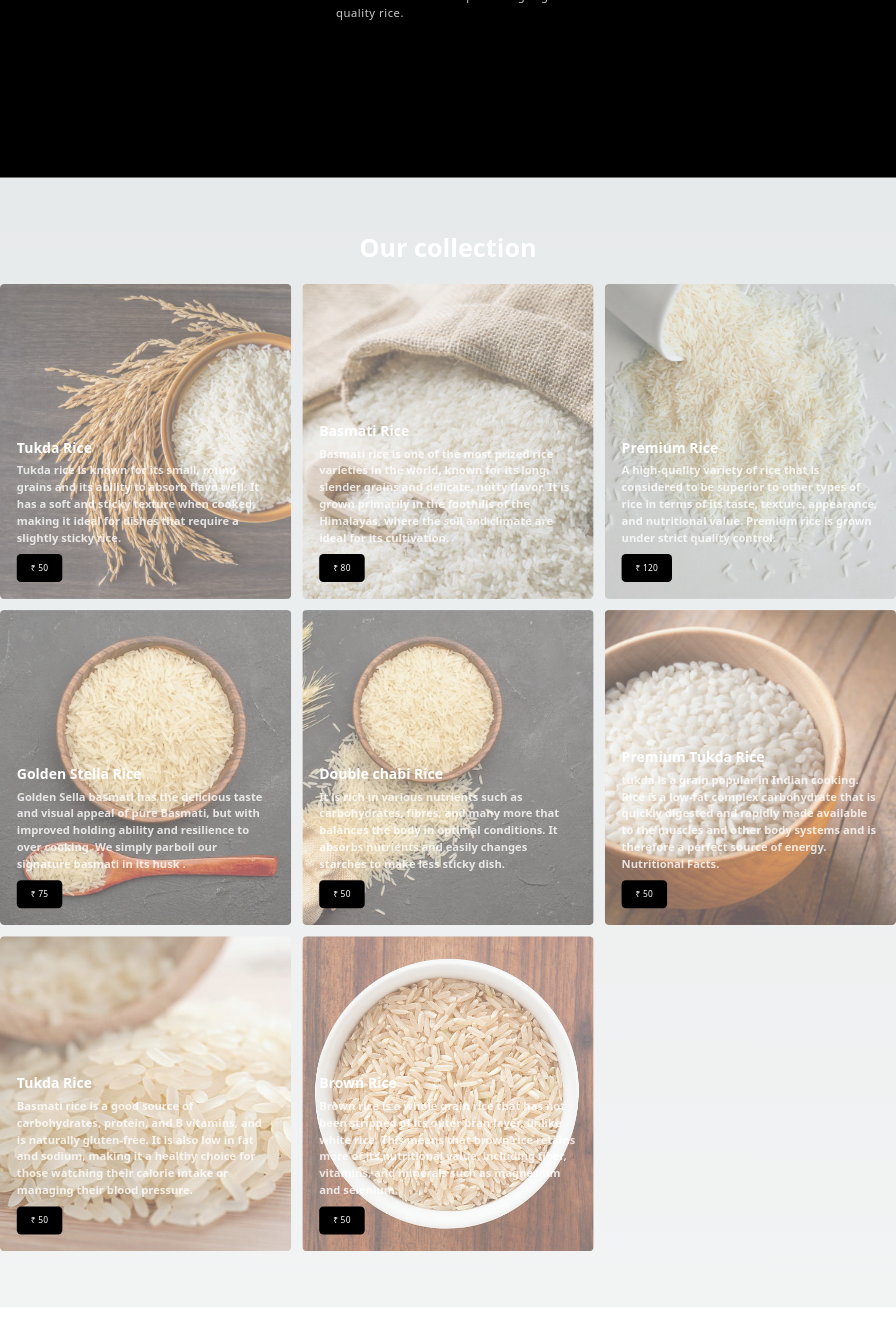
Repository: SehajBindra/web-app
Page: /
These files come from the project's save history. The page is drawn as it stood at one moment and after the next save; the edit follows.
The browser window is 1280 px wide. The pictures show the part of the page from y = 2111 to 4011 px (the page is 5724 px tall), at 70% of full size.
Pictures or frames that could not be fetched are drawn as grey boxes. The project was rebuilt for these pictures with package versions that can differ from the ones it lists, and the page was loaded fresh each time. The framework's server and built-in components were replaced by stand-ins that run in the browser. Also part of the build but not shown: next.config.js.

Above is the page before, as saved 2023-04-07 20:10:39.

After the next save:
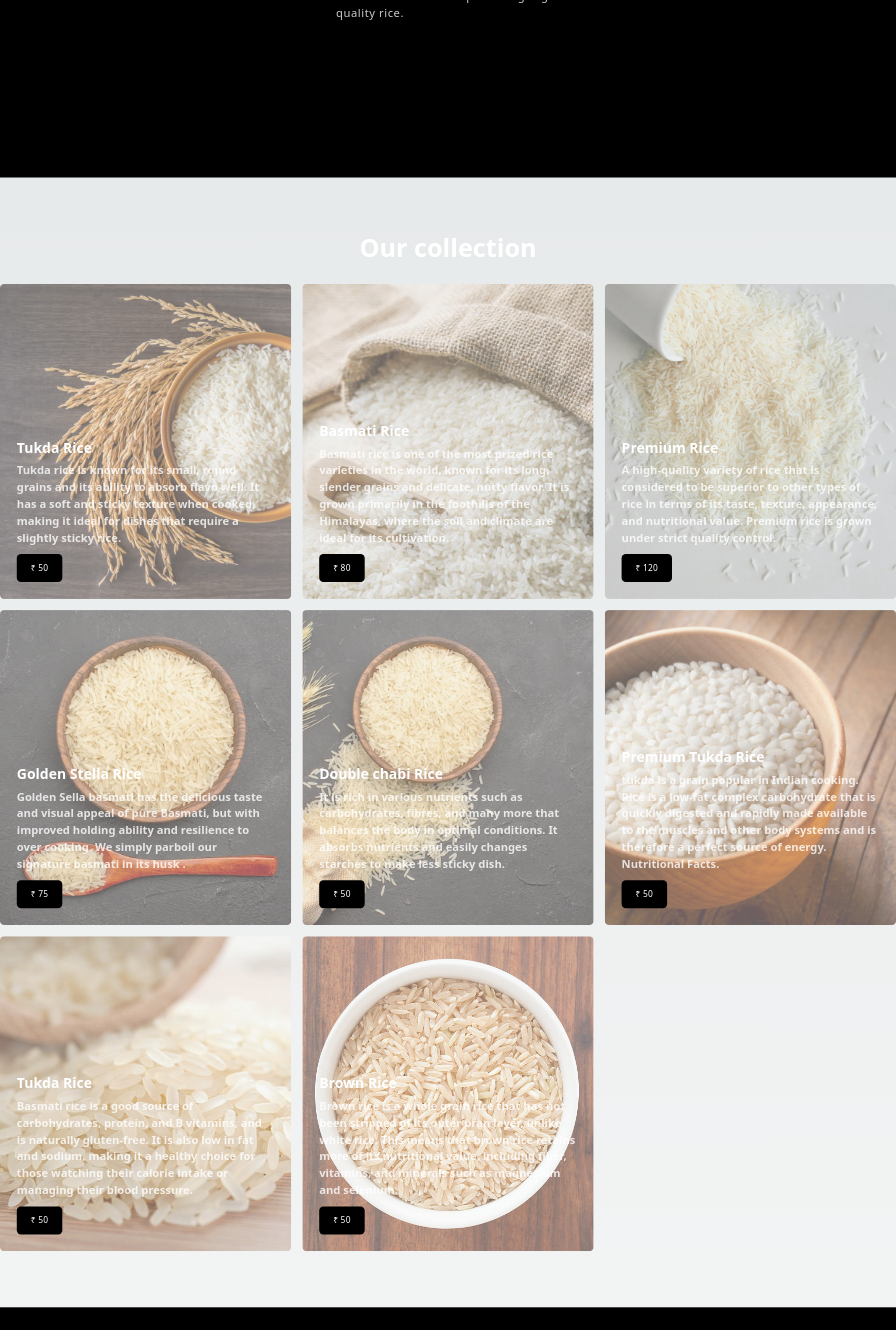
Saved 28 s later.
--- a/components/AboutUs.tsx
+++ b/components/AboutUs.tsx
@@ -3,13 +3,13 @@ import React from "react";
 function AboutUs() {
   return (
     <div>
-      <div className="2xl:container bg-white 2xl:mx-auto lg:py-8 lg:px-20 md:py-8 pb-40 md:px-6 py-4 px-4">
+      <div className="2xl:container bg-black 2xl:mx-auto lg:py-8 lg:px-20 md:py-8 pb-40 md:px-6 py-4 px-4">
         <div className="flex flex-col lg:flex-row justify-between gap-8">
           <div className="w-full lg:w-5/12 flex flex-col justify-center">
-            <h1 className="text-3xl text-center my-4 lg:text-5xl font-bold leading-9 text-black pb-4">
+            <h1 className="text-3xl text-center my-4 lg:text-5xl font-bold leading-9 text-white pb-4">
               About Us
             </h1>
-            <p className="font-normal text-justify -tracking-tighter text-base leading-6 text-black/80">
+            <p className="font-normal text-justify -tracking-tighter text-base leading-6 text-white/80">
               Welcome to our rice enterprise! We are a company committed to
               providing high-quality rice products to our customers. Our mission
               is to bring the best of the world's rice to your plate, and to do
